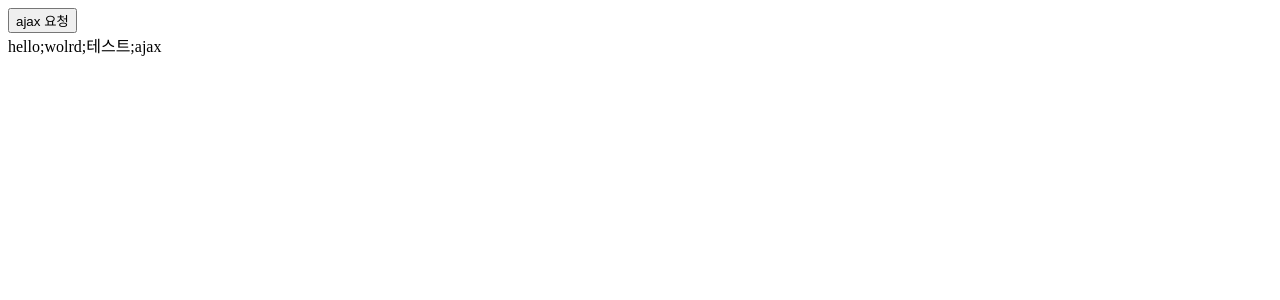
Repository: cdnwell/Jsp
Page: http://localhost/StepRe03/client_ajax.jsp
The author's editor kept a copy of each file at every save. The page is drawn from the files as they stood at one save, then again after the next save.
The browser window is 1280 px wide. The pictures show the whole page.
The page is served by Tomcat 9. Other server files are loaded and not shown.

Above is the page before, as saved 2022-07-01 08:12:11.

### StepRe03/src/main/webapp/client_ajax.jsp
<%@ page language="java" contentType="text/html; charset=UTF-8"
    pageEncoding="UTF-8"%>
<!DOCTYPE html>
<html>
<head>
<meta charset="UTF-8">
<title>Insert title here</title>
<script src="https://ajax.googleapis.com/ajax/libs/jquery/3.6.0/jquery.min.js"></script>
<script>
// 1. ajax로 데이터를 호출한다. url은 01_ajax_test.jsp
// 2. data는 보내지 않는다.
// 3. type은 get
// 4. dataType은 굳이 쓸 필요 없다.
// 5. success :
// url에 데이터를 요청한다. data는 보내지 않고, 요청 방식은 get 방식을  쓴다.
// dataType은 반환되는 데이터 타입이고 txt이므로 굳이 쓸 필요 없다.
// 요청에 성공하면 result-div에 내용을 넣어준다.
	$(function(){
		$.ajax({
			url : "01_ajax_test.jsp",
			type : "get",
			success : function(r){
				$("#result").html(r);
			}
		});
	});
</script>
</head>
<body>
	<button>ajax 요청</button>
	<div id="result"></div>
</body>
</html>

### StepRe03/src/main/webapp/01_ajax_test.jsp
<%@ page language="java" contentType="text/html; charset=UTF-8"
    pageEncoding="UTF-8"%>
<%
	out.write("hello;wolrd;테스트;ajax");
%>

After the next save:
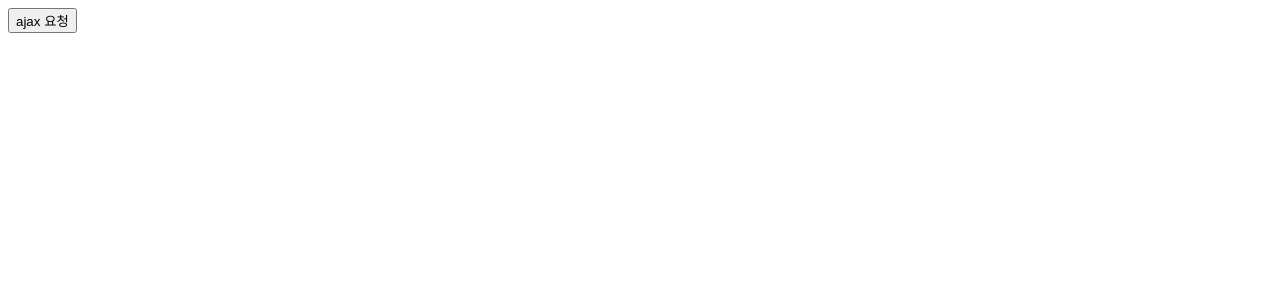
Saved 33 s later.
--- a/StepRe03/src/main/webapp/client_ajax.jsp
+++ b/StepRe03/src/main/webapp/client_ajax.jsp
@@ -16,13 +16,16 @@
 // dataType은 반환되는 데이터 타입이고 txt이므로 굳이 쓸 필요 없다.
 // 요청에 성공하면 result-div에 내용을 넣어준다.
 	$(function(){
-		$.ajax({
-			url : "01_ajax_test.jsp",
-			type : "get",
-			success : function(r){
-				$("#result").html(r);
-			}
+		$("button").click(function(){
+			$.ajax({
+				url : "01_ajax_test.jsp",
+				type : "get",
+				success : function(r){
+					$("#result").html(r);
+				}
+			});
 		});
+
 	});
 </script>
 </head>
